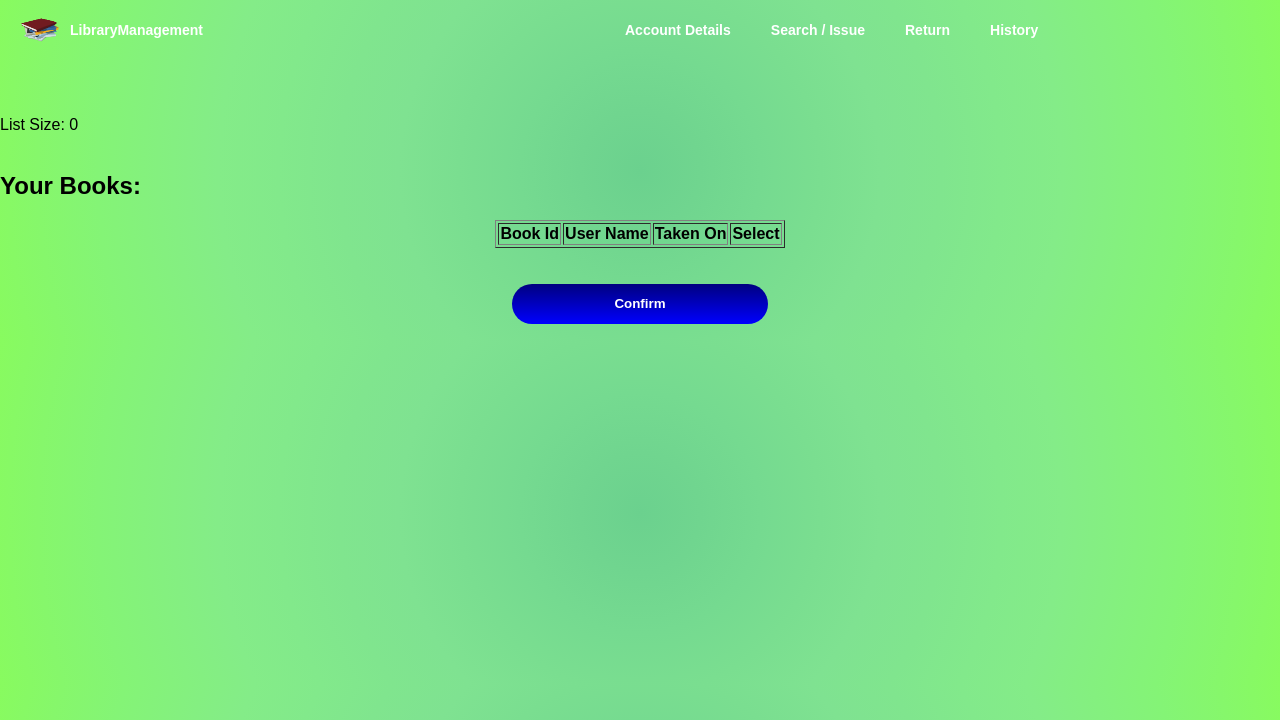
Repository: amitSai12/CMS
Page: http://localhost/LibraryManagementDemo/TranBook.jsp
The author's editor kept a copy of each file at every save. The page is drawn from the files as they stood at one save, then again after the next save.
The browser window is 1280 px wide. The pictures show the whole page.
The page is served by Tomcat 9. Queries for data that is not in the repository find no rows.

Above is the page before, as saved 2023-10-01 19:41:33.

After the next save:
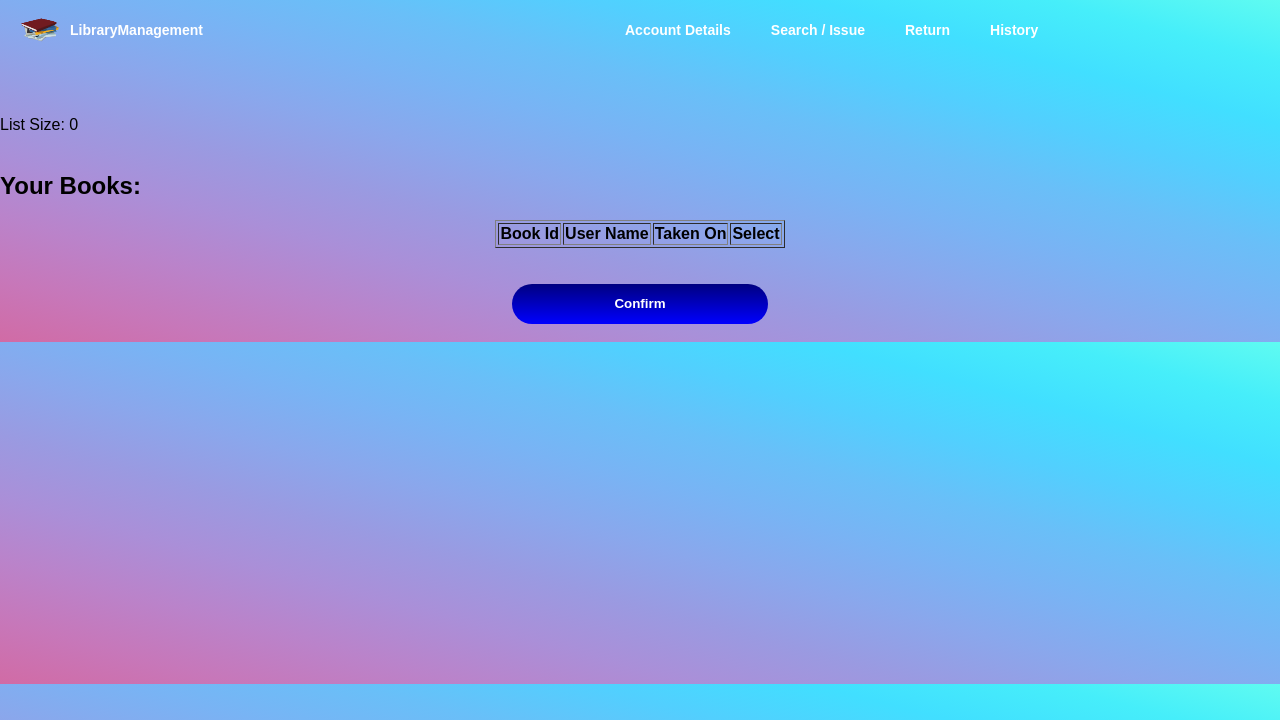
Saved 112 s later.
--- a/Day1_Thu/LibraryManagementDemo/src/main/webapp/menu.css
+++ b/Day1_Thu/LibraryManagementDemo/src/main/webapp/menu.css
@@ -1,6 +1,6 @@
 body {
     font-family: Arial, sans-serif;
-    background-image: radial-gradient(circle, #6bd18e, #70d58f, #75da90, #7ade90, #7fe291, #80e58e, #82e98b, #84ec88, #84f07f, #84f476, #86f76b, #88fb5f);
+   background-image: linear-gradient(to right top, #d16ba5, #c777b9, #ba83ca, #aa8fd8, #9a9ae1, #8aa7ec, #79b3f4, #69bff8, #52cffe, #41dfff, #46eefa, #5ffbf1);
     margin: 0;
     padding: 0;
 }
